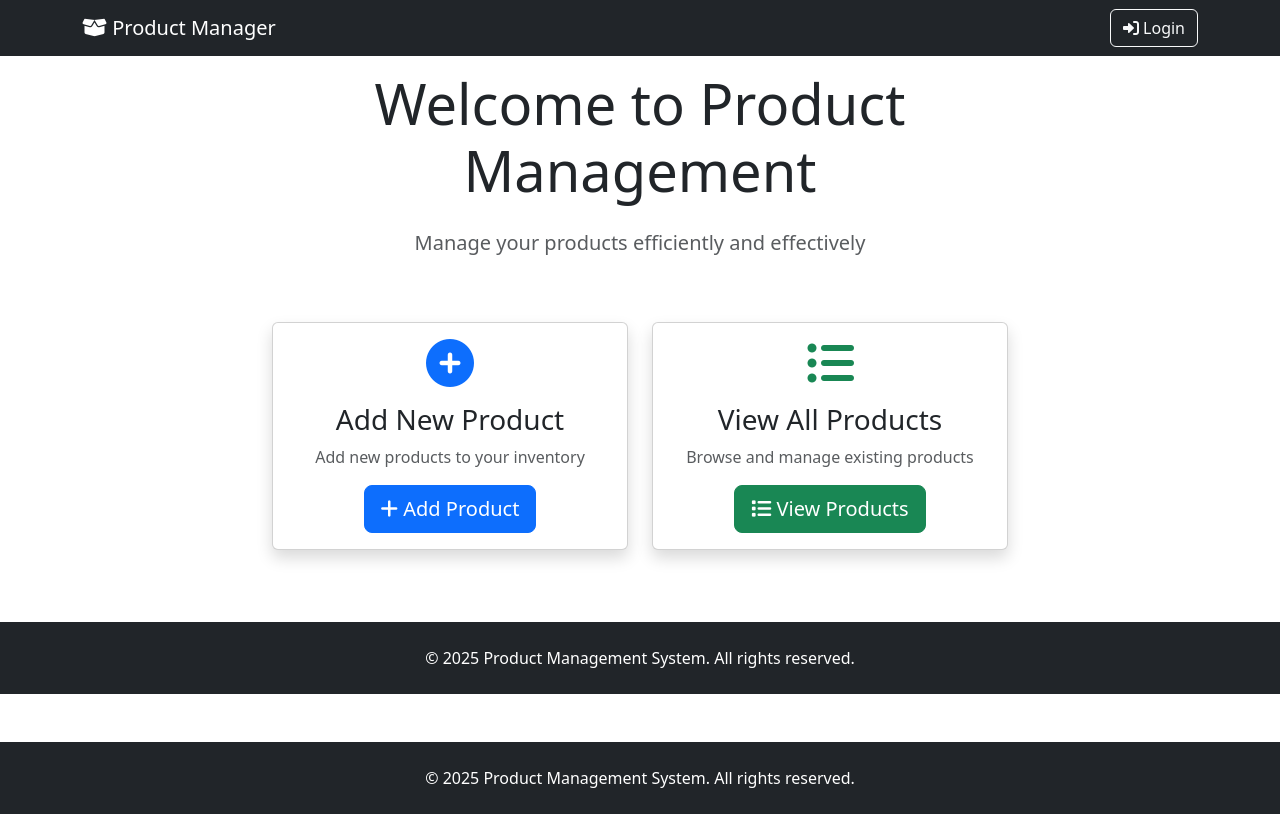
Repository: patramanik/java_ORM_Hibernate
Page: http://localhost/HD20/
An editor plug-in stored every save of this project. The page is shown before and after the next save, followed by the edit.
The browser window is 1280 px wide. The pictures show the whole page.
The page is served by Tomcat 10.

Above is the page before, as saved 2025-04-16 16:58:36.

After the next save:
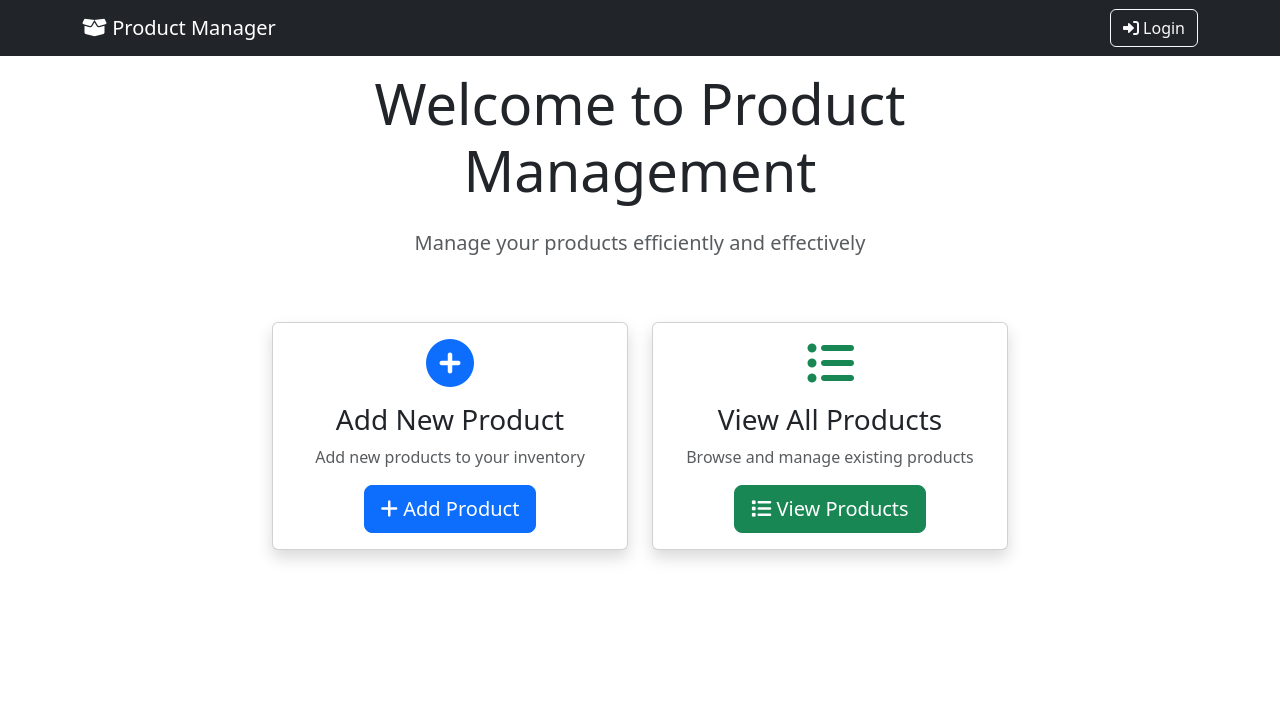
Saved 19 s later.
--- a/HD20/src/main/webapp/index.jsp
+++ b/HD20/src/main/webapp/index.jsp
@@ -77,13 +77,13 @@
     </div>
 
     <!-- Footer -->
-    <%@ include file="footer.jsp" %>
-    <footer class="bg-dark text-white mt-5">
+   <%--  <%@ include file="footer.jsp" %> --%>
+   <!--  <footer class="bg-dark text-white mt-5">
         <div class="container py-4 text-center">
             <p class="mb-0">&copy; 2025 Product Management System. All rights reserved.</p>
         </div>
     </footer>
-
+ -->
     <script src="https://cdn.jsdelivr.net/npm/bootstrap@5.3.0/dist/js/bootstrap.bundle.min.js"></script>
 </body>
 </html>
